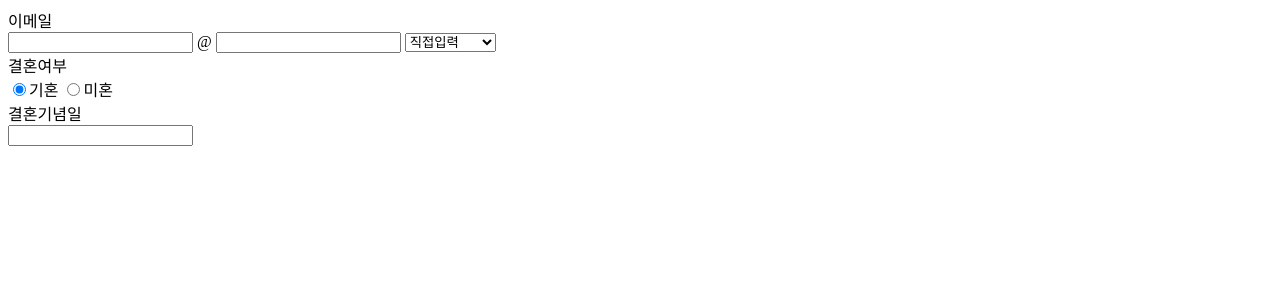
Repository: astute22/web-p
Page: simple-script/WebContent/day4/sample1.html
These files come from the project's save history. The page is drawn as it stood at one moment and after the next save; the edit follows.
The browser window is 1280 px wide. The pictures show the whole page.

Above is the page before, as saved 2017-08-28 00:51:20.

After the next save:
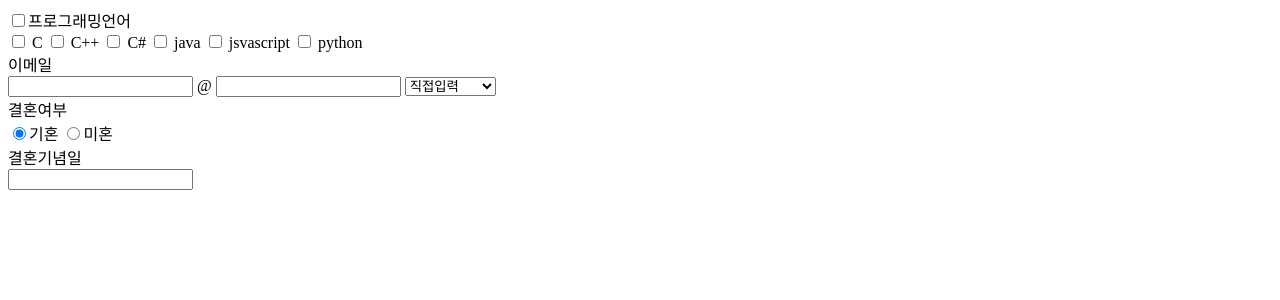
Saved 17 min 14 s later.
--- a/simple-script/WebContent/day4/sample1.html
+++ b/simple-script/WebContent/day4/sample1.html
@@ -33,6 +33,15 @@
 </head>
 <body>
 	<form>
+	<div>
+		<input type="checkbox">프로그래밍언어<br/>
+		<input type="checkbox" namle="lang" value="C" /> C
+		<input type="checkbox" namle="lang" value="C++" /> C++
+		<input type="checkbox" namle="lang" value="C#" /> C#
+		<input type="checkbox" namle="lang" value="java" /> java
+		<input type="checkbox" namle="lang" value="jsvascript" /> jsvascript
+		<input type="checkbox" namle="lang" value="python" /> python
+	</div>
 		<div>
 			이메일<br/>
 			<input type="text" name="email1" />
